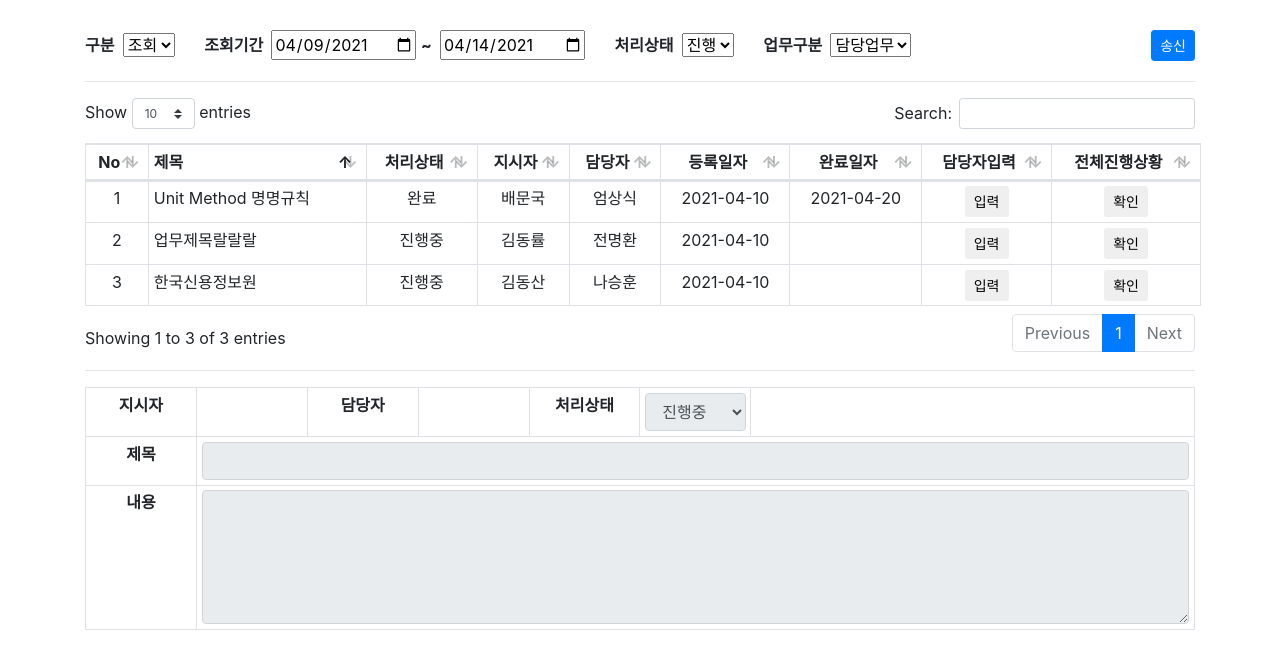
Repository: jungtaeyong/FSB_Project
Page: http://localhost/FsbJobMgt/main.jsp
These files come from the project's save history. The page is drawn as it stood at one moment and after the next save; the edit follows.
The browser window is 1280 px wide. The pictures show the whole page.
The page is served by Tomcat 9.

Above is the page before, as saved 2021-04-16 05:45:13.

After the next save:
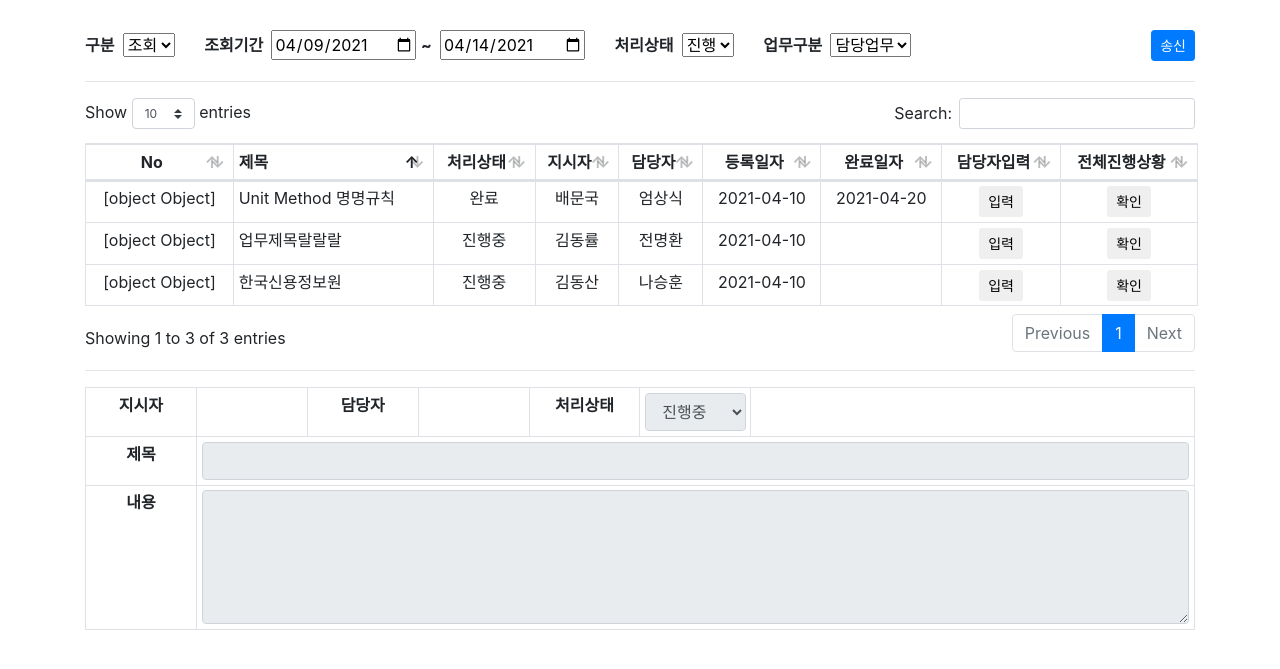
Console error: TypeError: Cannot read properties of undefined (reading 'on')
Saved 33 s later.
--- a/FsbJobMgt/WebContent/main.jsp
+++ b/FsbJobMgt/WebContent/main.jsp
@@ -119,82 +119,81 @@
         columnDefs: [{ className: 'text-center', targets: [0,2,3,4,5,6,7,8] }],
         order: [[ 1, 'asc' ]]
     });
-
-	/* 테이블 Index 생성을 위한 함수 */
-	jobList.on( 'order.dt search.dt', function () {
-		jobList.column(0, {search:'applied', order:'applied'}).nodes().each( function (cell, i) {
-	        cell.innerHTML = i+1;
-	    } );
-	} ).draw();
-
-	/* 테이블 클릭 이벤트  -> 클릭한 row에 해당하는 데이터를 상세 정보에 보여줌*/
-	$('#job_list tbody').on('click', 'td:nth-child(-n+7)', function () {
-		let data = jobList.row( this ).data();
-	    console.log('Table Click Event',data);
-
-		if($('#REQUEST_TYPE').val()!='2'){ //"구분-등록" 상태면 반응 없음.
-	        $('#BZWR_INDC_CHGR').text(data.BZWR_INDC_CHGR_TXT); //지시자
-	        $('#BZWR_EXC_CHGR').text(data.BZWR_EXC_CHGR_TXT); //담당자
-	        $('#BZWR_STS_2').val(data.BZWR_STS); //처리상태(업무상태)
-	        $('#BZWR_TTL').val(data.BZWR_TTL); //제목
-	        $('#BZWR_CNTN').val(data.BZWR_CNTN); //내용
-	        if($('#REQUEST_TYPE').val()=='1' || data.BZWR_STS=='02'){
-	        	$('#BZWR_EXC_CHGR_BTN').hide();
-				$('#BZWR_STS_2').attr("disabled",true);
-				$('#BZWR_TTL').attr("disabled",true);
-				$('#BZWR_CNTN').attr("disabled",true);
-	        }else{
-	        	$('#BZWR_EXC_CHGR_BTN').show();
-				$('#BZWR_STS_2').removeAttr("disabled");
-				$('#BZWR_TTL').removeAttr("disabled");
-				$('#BZWR_CNTN').removeAttr("disabled");
-	        }
-		}
-	} );
-
-	/* 선택된  row 하이라이트 */
-	$('#job_list tbody').on('click', 'tr', function() {
-		$('#job_list tbody > tr').css('background-color','#ffffff');
-		$(this).css('background-color','#f0f5f5');
-	});
-
-	/* 테이블 버튼 이벤트(담당자입력) */
-	$('#job_list tbody').on( 'click', 'button[name="first_btn"]', function () {
-	    let data = jobList.row( $(this).parents('tr') ).data();
-		//console.log("First Button",data);
-		setData(data); //모달 페이지로 데이터를 전달하기 위한 함수
-		$('#exampleModal').modal();
-	} );
-
-	/* 테이블 버튼 이벤트(전체진행상황) */
-	$('#job_list tbody').on( 'click', 'button[name="second_btn"]', function () {
-	    let data = jobList.row( $(this).parents('tr') ).data();
-		//console.log("Second Button",data);
-	    setData(data); //모달 페이지로 데이터를 전달하기 위한 함수
-		$('#exampleModalCenter').modal();
-	} );
-
-	/* 등록 */
-	function createNewJob(){
-		$.ajax({
-			url:'',
-			dataType:'application/json',
-			data : {
-				REQUEST_TYPE:$('#REQUEST_TYPE').val(), //구분(조회,등록,변경)
-				BZWR_DSTC:$('#BZWR_DSTC').val(), //업무구분
-				BZWR_INDC_CHGR:'로그인 유저', //업무지시담당자
-				BZWR_EXC_CHGR:'담당자', //업무수행담당자
-				BZWR_STS:'1', //업무상태 (등록 시 진행으로 세팅)
-				BZWR_TTL:$('#BZWR_TTL').val(), //업무제목
-				BZWR_CNTN:$('#BZWR_CNTN').val() //업무내용
-			},
-			success:function(data){
-				alert('등록 되었습니다.');
-		   }
-		})
+}
+
+/* 테이블 Index 생성을 위한 함수 */
+jobList.on( 'order.dt search.dt', function () {
+	jobList.column(0, {search:'applied', order:'applied'}).nodes().each( function (cell, i) {
+        cell.innerHTML = i+1;
+    } );
+} ).draw();
+
+/* 테이블 클릭 이벤트  -> 클릭한 row에 해당하는 데이터를 상세 정보에 보여줌*/
+$('#job_list tbody').on('click', 'td:nth-child(-n+7)', function () {
+	let data = jobList.row( this ).data();
+    console.log('Table Click Event',data);
+
+	if($('#REQUEST_TYPE').val()!='2'){ //"구분-등록" 상태면 반응 없음.
+        $('#BZWR_INDC_CHGR').text(data.BZWR_INDC_CHGR_TXT); //지시자
+        $('#BZWR_EXC_CHGR').text(data.BZWR_EXC_CHGR_TXT); //담당자
+        $('#BZWR_STS_2').val(data.BZWR_STS); //처리상태(업무상태)
+        $('#BZWR_TTL').val(data.BZWR_TTL); //제목
+        $('#BZWR_CNTN').val(data.BZWR_CNTN); //내용
+        if($('#REQUEST_TYPE').val()=='1' || data.BZWR_STS=='02'){
+        	$('#BZWR_EXC_CHGR_BTN').hide();
+			$('#BZWR_STS_2').attr("disabled",true);
+			$('#BZWR_TTL').attr("disabled",true);
+			$('#BZWR_CNTN').attr("disabled",true);
+        }else{
+        	$('#BZWR_EXC_CHGR_BTN').show();
+			$('#BZWR_STS_2').removeAttr("disabled");
+			$('#BZWR_TTL').removeAttr("disabled");
+			$('#BZWR_CNTN').removeAttr("disabled");
+        }
 	}
+} );
+
+/* 선택된  row 하이라이트 */
+$('#job_list tbody').on('click', 'tr', function() {
+	$('#job_list tbody > tr').css('background-color','#ffffff');
+	$(this).css('background-color','#f0f5f5');
+});
+
+/* 테이블 버튼 이벤트(담당자입력) */
+$('#job_list tbody').on( 'click', 'button[name="first_btn"]', function () {
+    let data = jobList.row( $(this).parents('tr') ).data();
+	//console.log("First Button",data);
+	setData(data); //모달 페이지로 데이터를 전달하기 위한 함수
+	$('#exampleModal').modal();
+} );
+
+/* 테이블 버튼 이벤트(전체진행상황) */
+$('#job_list tbody').on( 'click', 'button[name="second_btn"]', function () {
+    let data = jobList.row( $(this).parents('tr') ).data();
+	//console.log("Second Button",data);
+    setData(data); //모달 페이지로 데이터를 전달하기 위한 함수
+	$('#exampleModalCenter').modal();
+} );
+
+/* 등록 */
+function createNewJob(){
+	$.ajax({
+		url:'',
+		dataType:'application/json',
+		data : {
+			REQUEST_TYPE:$('#REQUEST_TYPE').val(), //구분(조회,등록,변경)
+			BZWR_DSTC:$('#BZWR_DSTC').val(), //업무구분
+			BZWR_INDC_CHGR:'로그인 유저', //업무지시담당자
+			BZWR_EXC_CHGR:'담당자', //업무수행담당자
+			BZWR_STS:'1', //업무상태 (등록 시 진행으로 세팅)
+			BZWR_TTL:$('#BZWR_TTL').val(), //업무제목
+			BZWR_CNTN:$('#BZWR_CNTN').val() //업무내용
+		},
+		success:function(data){
+			alert('등록 되었습니다.');
+	   }
+	})
 }
-
 
 /* 변경 */
 function updateJob(){

After the save that followed:
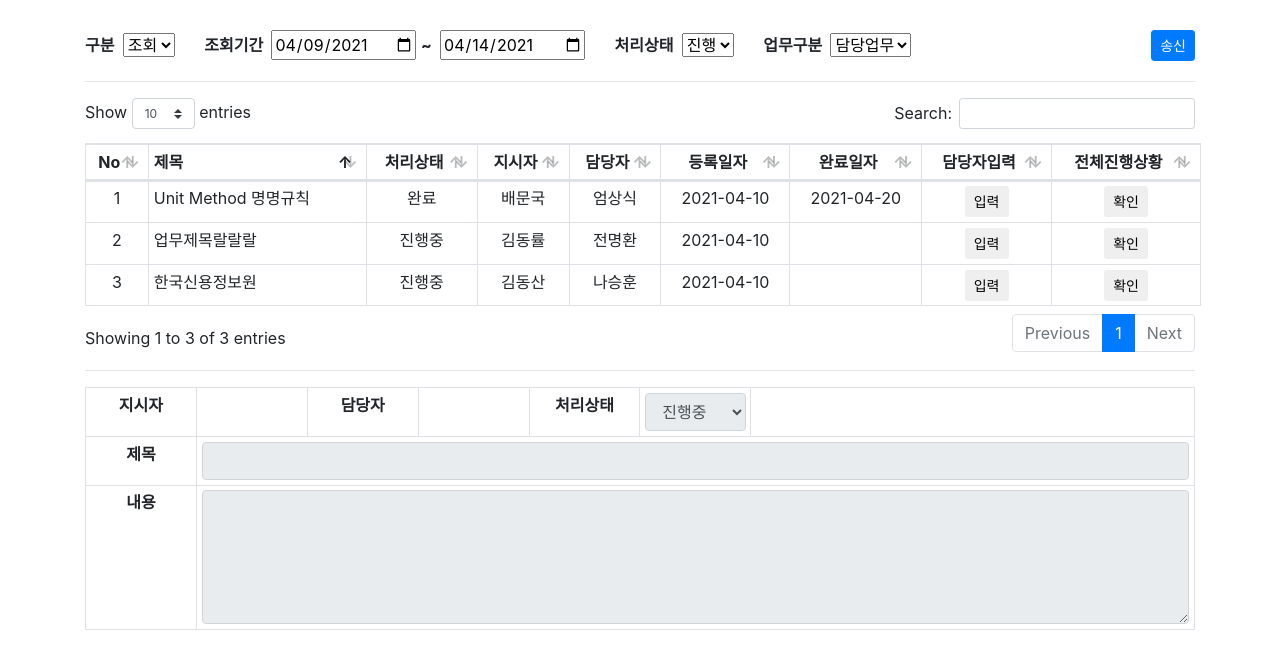
The error is gone.
Saved 32 s later.
--- a/FsbJobMgt/WebContent/main.jsp
+++ b/FsbJobMgt/WebContent/main.jsp
@@ -119,14 +119,16 @@
         columnDefs: [{ className: 'text-center', targets: [0,2,3,4,5,6,7,8] }],
         order: [[ 1, 'asc' ]]
     });
+
+	/* 테이블 Index 생성을 위한 함수 */
+	jobList.on( 'order.dt search.dt', function () {
+		jobList.column(0, {search:'applied', order:'applied'}).nodes().each( function (cell, i) {
+	        cell.innerHTML = i+1;
+	    } );
+	} ).draw();
 }
 
-/* 테이블 Index 생성을 위한 함수 */
-jobList.on( 'order.dt search.dt', function () {
-	jobList.column(0, {search:'applied', order:'applied'}).nodes().each( function (cell, i) {
-        cell.innerHTML = i+1;
-    } );
-} ).draw();
+
 
 /* 테이블 클릭 이벤트  -> 클릭한 row에 해당하는 데이터를 상세 정보에 보여줌*/
 $('#job_list tbody').on('click', 'td:nth-child(-n+7)', function () {
